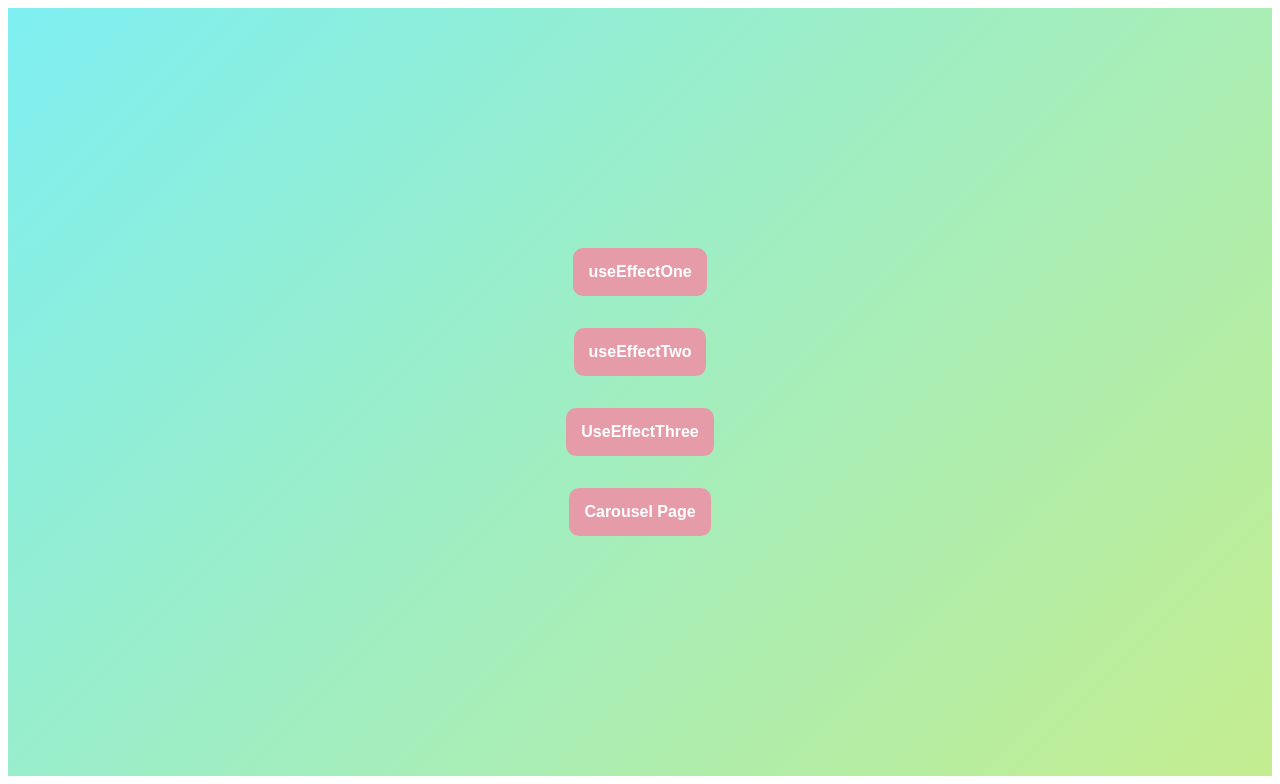
Repository: jjennbui/class8
Page: /
An editor plug-in stored every save of this project. The page is shown before and after the next save, followed by the edit.
The browser window is 1280 px wide. The pictures show the whole page.
The project was rebuilt for these pictures with package versions that can differ from the ones it lists, and the page was loaded fresh each time. The framework's server and built-in components were replaced by stand-ins that run in the browser. Also part of the build but not shown: next.config.js.

Above is the page before, as saved 2023-02-20 17:42:36.

### pages/index.js
import Head from 'next/head'
import styles from '@/styles/Home.module.css'
import Link from 'next/link'


export default function Home() {
  return (
    <>
      <Head>
        <title>Create Next App</title>
        <meta name="description" content="Generated by create next app" />
        <meta name="viewport" content="width=device-width, initial-scale=1" />
        <link rel="icon" href="/favicon.ico" />
      </Head>

      <main className={styles.main}>
        <Link href="/useEffectOne" className={styles.text}>useEffectOne</Link>
        <Link href="/useEffectTwo" className={styles.text}>useEffectTwo</Link>
        <Link href="/useEffectThree" className={styles.text}>UseEffectThree</Link>
        <Link href="/carouselPage" className={styles.text}>Carousel Page</Link>
      </main>
    </>
  )
}

### styles/globals.css
:root {

}

### styles/Home.module.css
.main {

  display: flex;
  flex-direction: column;
  justify-content: space-between;
  align-items: center;
  padding: 15rem;
  min-height: 40vh;
  background: linear-gradient(-45deg, #ffeb3b, #74efff, #9c27b0);
  background-size: 400% 400%;
  animation: gradient-bg 20s ease infinite;

}

@keyframes gradient-bg {
  0% {
    background-position: 0% 50%;
  }
  50% {
    background-position: 100% 50%;
  }
  100% {
    background-position: 0% 50%;
  }
  }

.text{
  color: white;
  text-decoration: none;
  font-family: Arial, Helvetica, sans-serif;
  font-weight: bold;
  background-color: rgb(230, 155, 168);
  padding: 15px;
  border-radius: 10px;

}

Loaded but not shown: pages/_app.js (common file); pages/_document.js (common file)

After the next save:
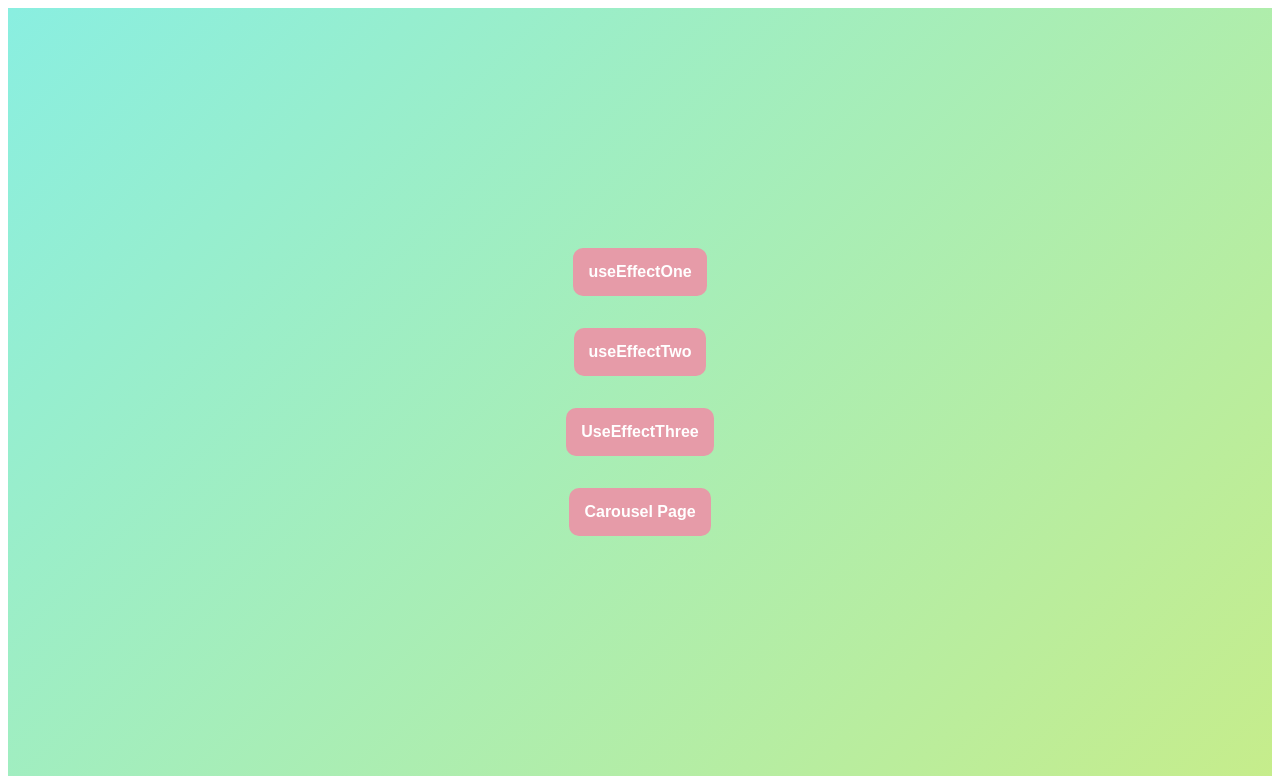
Saved 11 s later.
--- a/styles/Home.module.css
+++ b/styles/Home.module.css
@@ -7,7 +7,7 @@
   padding: 15rem;
   min-height: 40vh;
   background: linear-gradient(-45deg, #ffeb3b, #74efff, #9c27b0);
-  background-size: 400% 400%;
+  background-size: 500% 400%;
   animation: gradient-bg 20s ease infinite;
 
 }
